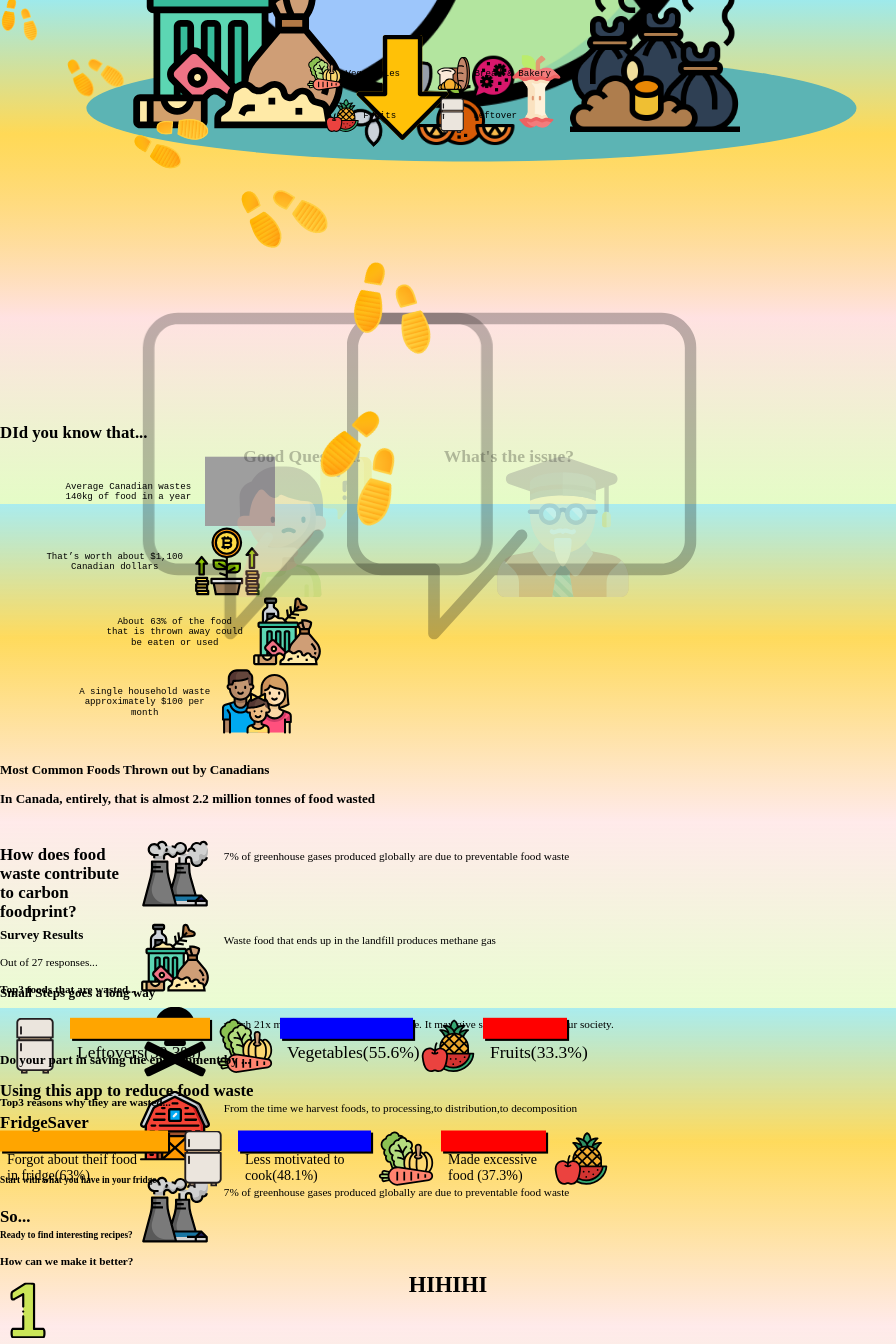
Repository: iorid3/Midterm
Page: index.html
An editor plug-in stored every save of this project. The page is shown before and after the next save, followed by the edit.
The browser window is 1280 px wide. The pictures show the part of the page from y = 0 to 1920 px (the page is 3056 px tall before and 2514 px after), at 70% of full size.
Pictures or frames that could not be fetched are drawn as grey boxes.

Above is the page before, as saved 2021-03-09 11:29:40.

### index.html
<!DOCTYPE html>
<html>
    <head>
       <title>Mid term</title>
        <link href= "./index.css"  rel ="stylesheet" type = "text/css" >
    </head>
<body>
   <div id = "main">

        <div class = "section1">
            <div><h1> How Food Waste Impacts Our World</h1></div>
            <div><img src ="./Images/earth crying.svg"/></div>
            <div class = "comp1"></div>
            <div class = "comp2"></div>
            <div class = "comp5"></div>
        </div>

        <div class = "section2">
            <div><h2>DId you know that...</h2></div>
            <div class ="comp3_1"></div>
            <div class ="comp3_2"></div>
            <div class ="comp3_3"></div>
            <div class ="comp3_4"></div>
            <div class = "comp1"></div>

            <div class = "flag"><img src = ""></div>
            <div><h3>Most Common Foods Thrown out by Canadians</h3></div>
               <div class = "container1">
                    <div class ="comp4_1"></div>
                    <div class ="comp4_2"></div>
                    <div class ="comp4_3"></div>
                    <div class ="comp4_4"></div>
                </div>

            <div class = "comp5"></div>
            <div><h3>In Canada, entirely, that is almost 2.2 million tonnes of food wasted</h3></div>
            <div><img src = ""></div>
        </div>

        <div class = "section3">
            <div><h2>How does food waste contribute to carbon foodprint?</h2></div>
            <div><img src = ""></div>

            <div class = "comp6"></div>
            <div class = "comp6"></div>
            <div class = "comp6"></div>
            <div class = "comp6"></div>

                <div class = "container2">
                    <div><img src = ""></div>
                    <div><img src = ""></div>
                    <div><img src = ""></div>
                </div>

            <div class = "comp6"></div>


        </div>


        <div class = "section4">
            <div class = "container3">
               <div><img src = ""></div>
               <div><h3>Survey Results</h3></div>
               <div>Out of 27 responses...</div>
            </div>


            <div class ="comp2"></div>
            <div><h4>Top3 foods that are wasted...</h4></div>
            <div class = "container4">
                <div class = "comp7"></div>
                <div class = "comp7"></div>
                <div class = "comp7"></div>
            </div>

            <div><h4>Top3 reasons why they are wasted...</h4></div>
            <div class = "container5">
                <div class = "comp8"></div>
                <div class = "comp8"></div>
                <div class = "comp8"></div>
            </div>



            <div><h2>So...</h2></div>

            <div><h4>How can we make it better?</h4></div>
            <div class = "container6">
                <div class ="comp9"></div>
                <div class ="comp9"></div>
                <div class ="comp9"></div>
                <div class ="comp9"></div>
            </div>
        </div>

        <div class = "section5">

            <div><h3>Small Steps goes a long way</h3></div>
            <div class = "comp10"></div>
            <div class = "comp10"></div>
            <div class = "comp10"></div>
            <div class = "comp10"></div>
            <div class = "comp10"></div>
            <div class = "comp10"></div>

            <div><img src = ""></div>
            <div><img src = ""></div>

            <div class = "comp5"></div>
            <div><h3>Do your part in saving the environment by ...</h3></div>
            <div><h2>Using this app to reduce food waste</h2></div>
            <div><h2>FridgeSaver</h2></div>
            <div><img src =""></div>
            <div class = "comp5"></div>
            <div><h5>Start with what you have in your fridge</h5></div>

            <div><img src =""></div>
            <div><h5>Ready to find interesting recipes?</h5></div>



        </div>

    <h1>HIHIHI</h1>



       <!-- <div class = "col left">
           <div class = "row top">
               <div class = "shake"></div>
           </div>
           <div class = "row mid">
               <div class = "rank1"></div>
               <div class = "rank2"></div>
           </div> -->
    </div>

<script src = ./Comps/comp1/index.js></script>
<script src = ./Comps/comp2/index.js></script>
<script src = ./Comps/comp3/index.js></script>
<script src = ./Comps/comp4/index.js></script>
<script src = ./Comps/comp5/index.js></script>
<script src = ./Comps/comp6/index.js></script>
<script src = ./Comps/comp7/index.js></script>
<script src = ./Comps/comp8/index.js></script>
<script src = ./Comps/comp9/index.js></script>
<script src = ./Comps/comp10/index.js></script>

<script src = ./index.js></script>
</body>
</html>

### index.css
html,body{
    margin:0;
    background: linear-gradient(180deg, rgba(156, 233, 235, 0.86) 0%, rgba(255, 217, 86, 0.96) 26.56%, rgba(255, 220, 220, 0.6) 63.02%, rgba(227, 252, 195, 0.76) 100%);
    mix-blend-mode: normal;
}
#main{
    width:100vw;
    height:100vh;
    display:flex;
    flex-direction: column;
    align-items: center;
    justify-content: center;
}

.section1{
  width:100%;
}


.section2{
    width:100%;

}

.section3{
    display:flex;
    width:100%;
    height:100px;
}

.section4{

    display:flex;
    flex-direction: column;
    width:100%;
    height:100px;
}


.section5{
    width:100%

}

### Comps/comp1/index.js
function Comp1UI(url="Images/confusion.png", size ="10px", font= "Poppins", text="text"){
    return `<div style='
            width: 100vw;
            height: 30vh;
            display: inline-flex;
            justify-content: center;
            align-items: center;
            transition: opacity 1s;
            opacity: 0.25;
            position:absolute;
        '
        onclick='Comp1UI.HandleClick(this)'
        >

        <img style='
            display: inline-flex;
            width: 200px;
            position: relative;
            left: 140px;
            top: 60px;
        'src="${url}" />

        <div>
            <img style='
                display: inline-flex;
                position: relative;
                width: 500px;
                left: 100px;
                bottom: 10px;
            'src="Images/chat.svg" />

            <div style='
                display: inline-flex;
                position: relative;
                bottom: 280px;
                right: 265px;
                font-size: ${size};
                font-weight: bold;
                font-family: ${font};
            '> ${text}</div>
        </div>
    </div>`
}

Comp1UI.HandleClick = (el) => {
    el.style.opacity = 1;
}

### Comps/comp2/index.js
function Comp2UI(url="Images/confusion.png", size ="10px", font= "Poppins", text="text"){
    return `<div style='
        width: 100vw;
        height: 30vh;
        display: inline-flex;
        justify-content: center;
        align-items: center;
        transition: opacity 1s;
        opacity: 0.25;
        position:absolute;
    '
    onclick='Comp1UI.HandleClick(this)'
    >

        <img style='
            display: inline-flex;
            width: 200px;
            position: relative;
            left: 500px;
            top:60px;
        ' src="${url}"/>

        <div>
            <img style='
                display: inline-flex;
                position: relative;
                width: 500px;
                right: 200px;
                bottom: 10px;
                transform: rotateY(180deg)
            ' src="Images/chat2.svg" />

            <div style='
                display: inline-flex;
                position: relative;
                bottom: 280px;
                right: 560px;
                font-size: ${size};
                font-weight: bold;
                font-family: ${font};
            ' >${text}</div>
        </div>
    </div>`
}

Comp2UI.HandleClick = (el) => {
    el.style.opacity = 1;
}

### Comps/comp3/index.js
function Comp3UI(Text='Average Canadian wastes 140kg of food in a year', url='https://placekitten.com/400/400') {
    return `
        <div style='
            display: inline-flex;
            align-items: center;
            justify-content: center;

            transition-property: transform;
            transition-duration: 1s;
            transition-timing-function: ease-in-out;
            transition-delay: 1s;

        '>
            <div style='
                flex-basis: 200px;
                text-align: center;
                padding-right: 10px;
                font-family: monospace;


            '
            >${Text}</div>

            <div style='
                width: 100px;
                height: 100px;
            '
            // onclick='Comp3UI.HandleClick(this)'
            >
                <img  style='
                    width: 100%;
                    height: 100%;
                    object-fit: cover;
                '
                src='${url}' />
        </div>
    `
}

// Comp3UI.HandleClick = (el) => {
//     el.style.top = "110%";
// }


// export const Comp3 = Comp3UI();

### Comps/comp4/index.js
function Comp4UI(url='https://placekitten.com/300/300',text='Bread & Bakery',x='0',y='0') {
    return `
        <div style='
            display: flex;
            flex-direction: row;
            align-item: center;
            justify-content: center;
            width: 250px;
            height: 50px;
            margin: 10px;
            position: absolute;
            top: ${x}px;
            left: ${y}px;

            animation-name: bouncing;
            animation-duration: 1.5s;
            animation-direction: alternate;
            animation-iteration-count: infinite;
            animation-delay: 2s;



        '
        >
            <div style='
                width: 50px;
                height: 50px;
            '>
                <img style='
                    width: 100%;
                    height: 100%;
                    object-fit: cover;
                '
                src='${url}' />
            </div>
            <div style='
            font-family: monospace;
            text-align: center;
            padding-top: 18px;
            padding-left: 5px;
            '
            >${text}</div>
        </div>
    `
}




// export const Comp4 = Comp4UI();

### Comps/comp5/index.js
function Comp5UI(x='0', y='0', url='https://placekitten.com/300/300') {
    return `
        <div style='
            width: 150px;
            height: 150px;
            position: absolute;
            top: ${x}px;
            left: ${y}px;

        '
        >
            <img style='
                width: 100%;
                height: 100%;
                object-fit: cover;

                animation-name: bounce;
                animation-duration: 1s;
                animation-direction: alternate;
                animation-iteration-count: infinite;

            '
            src='${url}' />


        </div>

    `
}

// export const Comp5 = Comp5UI();

### Comps/comp6/index.js
function Carboncomp(text =" 7% of greenhouse gases produced globally are due to preventable food waste", url= "images/factory.svg"){
    return `<div style = "
                          display:inline-flex;
                          ">
                         <div style = "display:flex;
                         padding:10px;">
                         <img style ="
                          width:100px;
                          height:100px;
                         " src  = "${url}"></div>
                         <div style ="
                         display:flex;
                         padding:10px;"><p>${text}</p></div>

            </div>`

}

### Comps/comp7/index.js
function Graphcomp(url ="images/vegetable.svg",text ="Leftovers(59.3%)",color ="pink",width ="200px" ){
    return `<div style = "
                          display:inline-flex;
                          align-items:flex-start;
                          justify-content:flex-start;
                          ">
                            <div style = "display:flex;
                            padding:10px;
                            width:80px;
                            height:80px;
                            ">
                            <img src  = "${url}"></div>
                            <div class = "graph"
                            style ="
                            width:${width};
                            height:30px;
                            margin-top:10px;
                            background-color:${color};
                            box-shadow: 3px 3px ;
                            transition:background-color,1s,box-shadow, 1s;"
                            onmouseover = "Graphcomp.HandleMouseover(this)">
                            <div style ="
                            display:flex;
                            padding:10px;
                            font-size:25px;"><p>${text}</p></div>
                            </div>



            </div>`


}

Graphcomp.HandleMouseover = (el)=>{
   el.style.boxShadow = "8px 8px";
//    el.style.width = "400px";
 }

### Comps/comp8/index.js
function Graphcomp2(url ="images/vegetable.svg",text ="Leftovers(59.3%)",color ="pink",width ="200px" ){
    return `<div style = "
                          display:inline-flex;
                          flex-direction:row;
                          justify-content:center;
                          ">
                            <div class = "graph"
                            style ="
                            display:flex;
                            width:${width};
                            height:30px;
                            margin-top:10px;
                            background-color:${color};
                            box-shadow: 3px 3px ;
                            transition:background-color,1s,box-shadow, 1s;"
                            onmouseover = "Graphcomp2.HandleMouseover(this)">
                            <div style ="
                            display:flex;
                            width:200px;
                            padding:10px;
                            font-size:20px;"><p>${text}</p></div>
                            </div>
                            <div style = "display:flex;
                            padding:10px;
                            width:80px;
                            height:80px;
                            ">
                            <img src  = "${url}"></div>




            </div>`


}

Graphcomp2.HandleMouseover = (el)=>{
//    el.style.backgroundColor  = "blue";
   el.style.boxShadow = "8px 8px";
//    el.style.width = "400px";
 }

### Comps/comp9/index.js
function Comp9UI(url="Images/1.svg", text="4 Ways to Make it Better") {
    return `
        <img style='
            width: 80px;
            height: 80px;
            transition: width 0.2s;
            transition-timing-function: ease-in-out;
            display: flex;
        justify-content: center;
        align-items: center;
        flex-wrap: wrap;
        '

        onmouseover='Comp9UI.HandleImageHover(this)'
        onmouseout='Comp9UI.HandleImageHoverOut(this)'

        src="${url}"/>

        <div style='
            width: 180px;
            height: 180px;
            margin: 10px;
            padding: 10px;
            background-color: rgba(255, 255, 255, 0.6);
            border: 3px solid rgba(0, 0, 0, 0.5);
            border-radius: 50%;
            display: flex;
            justify-content: center;
            align-items: center;
            font-size: 1.1em;
            line-height: 1.2em;
            text-align: center;
            transition: width 0.2s;
            transition-timing-function: ease-in-out;
        '
            onmouseover='Comp9UI.HandleHover(this)'
            onmouseout='Comp9UI.HandleHoverOut(this)'

        >${text}</div>

    `
}

Comp9UI.HandleImageHover = (el) => {
    el.style.width = "120px";
    el.style.height = "120px";
}

Comp9UI.HandleImageHoverOut = (el) => {
    el.style.width = "80px";
    el.style.height = "80px";
}

Comp9UI.HandleHover = (el) => {
    el.style.color = "#2E8B57";
    // el.style.width = "210px";
    // el.style.height = "210px";
    // el.style.fontSize = "1.4em";
}

Comp9UI.HandleHoverOut = (el) => {
    el.style.color = "#000000";
    // el.style.width = "180px";
    // el.style.height = "180px";
    // el.style.fontSize = "1.1em";
}
// export const comp9 = Comp9UI();

### Comps/comp10/index.js
function Comp10UI(w="55px", tdeg="120deg", top="0px", left="0px", anidelay="1s") {
    return `
    <img style='
        width: ${w};
        transform: rotate(${tdeg});
        position: absolute;
        top: ${top};
        left: ${left};

        animation-name: footsteps;
        animation-duration: 4s;
        animation-delay: ${anidelay};
        animation-iteration-count: infinite;

    'src="Images/footstep.png"/>

    `
}

// export const comp10 = Comp10UI();

### index.js
document.querySelector(".comp1").innerHTML += Comp1UI("./images/question.svg","25px", "Poppins", "What's the issue?");
document.querySelector(".comp2").innerHTML += Comp2UI("./images/professor.svg", "25px", "Poppins", "Good Question!");

//add claudia's componenets

document.querySelector(".comp3_1").innerHTML += Comp3UI('Average Canadian wastes 140kg of food in a year', 'Images/crowd.svg')
document.querySelector(".comp3_2").innerHTML += Comp3UI('That’s worth about $1,100 Canadian dollars', 'Images/plant.svg')
document.querySelector(".comp3_3").innerHTML += Comp3UI('About 63% of the food that is thrown away could be eaten or used', 'Images/garbage.svg')
document.querySelector(".comp3_4").innerHTML += Comp3UI('A single household waste approximately $100 per month', 'Images/family.svg')

document.querySelector(".comp4_1").innerHTML += Comp4UI('Images/vegetable.svg', 'Vegetables',70,370)
document.querySelector(".comp4_2").innerHTML += Comp4UI('Images/bread.svg', 'Bread & Bakery',70,570)
document.querySelector(".comp4_3").innerHTML += Comp4UI('Images/fruits.svg', 'Fruits',130,380)
document.querySelector(".comp4_4").innerHTML += Comp4UI('Images/fridge.svg', 'Leftover',130,545)

document.querySelector(".comp5").innerHTML += Comp5UI(50,500,'Images/down-arrow.svg')


document.querySelector(".comp9").innerHTML += Comp9UI("Images/1.svg", "Have a smaller shopping list and increase the frequency of your grocery shopping trips");
document.querySelector(".comp9").innerHTML += Comp9UI("Images/2.svg", "Consume your leftover food first");
document.querySelector(".comp9").innerHTML += Comp9UI("Images/3.svg", "Make foods that can be preserved longer such as jam, sauces, and pickled food");
document.querySelector(".comp9").innerHTML += Comp9UI("Images/4.svg", "Be mindful of saving the environment by reducing food waste");

document.querySelector(".comp10").innerHTML += Comp10UI("60px", "120deg", "0px", "0px", "1s");
document.querySelector(".comp10").innerHTML += Comp10UI("75px", "80deg", "70px", "100px", "1.5s");
document.querySelector(".comp10").innerHTML += Comp10UI("95px", "50deg", "150px", "200px", "2s");
document.querySelector(".comp10").innerHTML += Comp10UI("115px", "80deg", "250px", "350px", "2.5s");
document.querySelector(".comp10").innerHTML += Comp10UI("130px", "120deg", "380px", "500px", "3s");
document.querySelector(".comp10").innerHTML += Comp10UI("145px", "150deg", "600px", "450px", "3.5s");

document.querySelector(".comp6").innerHTML +=  Carboncomp();
document.querySelector(".comp6").innerHTML +=  Carboncomp(text = "Waste food that ends up in the landfill produces methane gas",url= "images/garbage.svg");
document.querySelector(".comp6").innerHTML +=  Carboncomp(text ="which 21x more potent than carbon dioxide. It may give serious damage to our society. ",url ="images/skull.svg" );
document.querySelector(".comp6").innerHTML +=  Carboncomp(text = "From the time we harvest foods, to processing,to distribution,to decomposition", url ="images/barn.svg");
document.querySelector(".comp6").innerHTML +=  Carboncomp();
document.querySelector(".comp7").innerHTML +=  Graphcomp("Images/fridge.svg",text ="Leftovers(59.3%)",color ="orange",width ="200px");
document.querySelector(".comp7").innerHTML +=  Graphcomp("Images/vegetable.svg",text ="Vegetables(55.6%)",color ="blue",width ="190px");
document.querySelector(".comp7").innerHTML +=  Graphcomp("Images/fruits.svg",text ="Fruits(33.3%)",color ="red",width ="120px");
document.querySelector(".comp8").innerHTML +=  Graphcomp2("Images/fridge.svg",text ="Forgot about theif food in fridge(63%)",color ="orange",width ="240px");
document.querySelector(".comp8").innerHTML +=  Graphcomp2("Images/vegetable.svg",text ="Less motivated to cook(48.1%)",color ="blue",width ="190px");
document.querySelector(".comp8").innerHTML +=  Graphcomp2("Images/fruits.svg",text ="Made excessive food (37.3%)",color ="red",width ="150px");

After the next save:
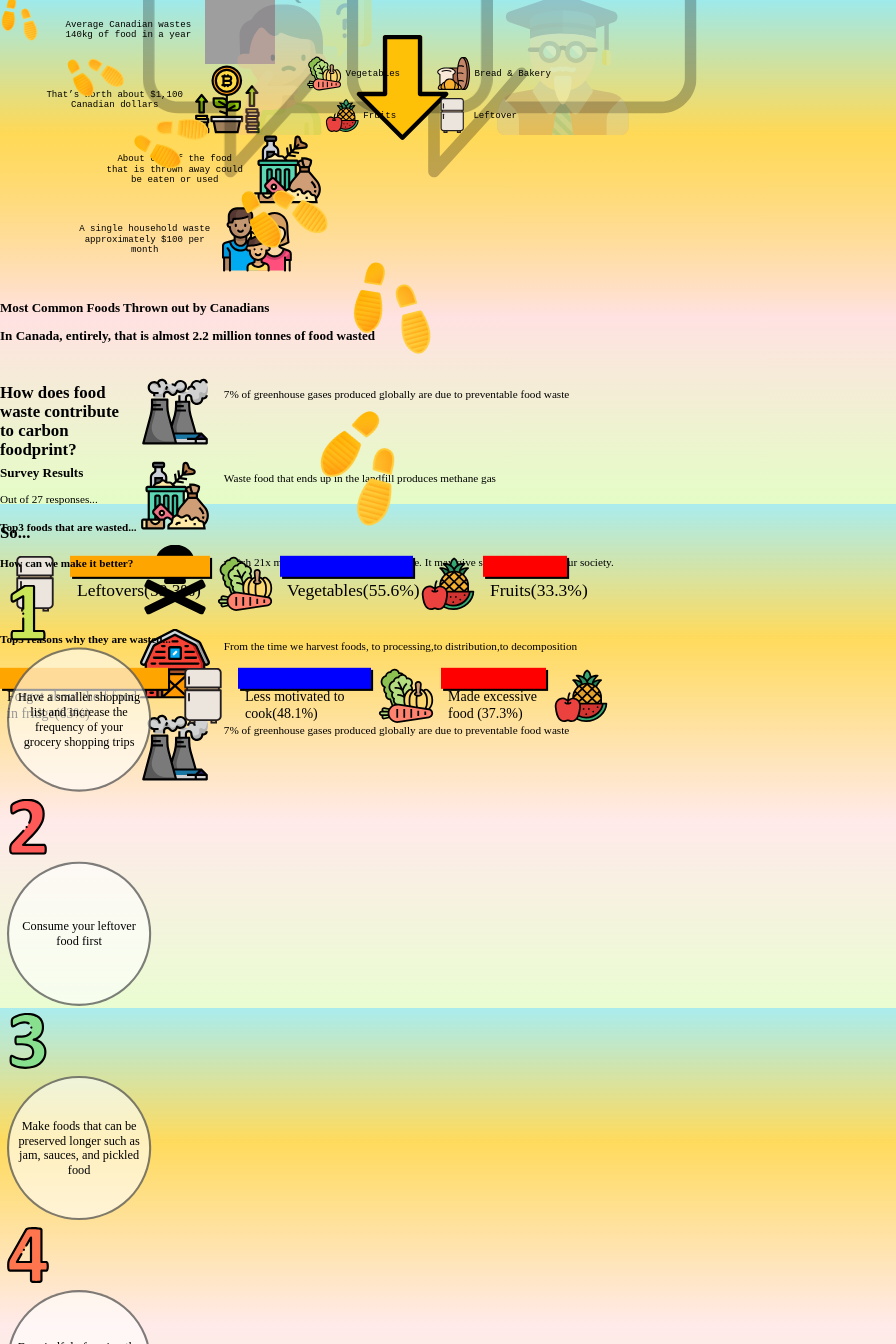
Saved 4 min 7 s later.
--- a/index.html
+++ b/index.html
@@ -83,6 +83,11 @@
 
 
 
+
+        </div>
+
+        <div class = "section5">
+
             <div><h2>So...</h2></div>
 
             <div><h4>How can we make it better?</h4></div>
@@ -92,9 +97,6 @@
                 <div class ="comp9"></div>
                 <div class ="comp9"></div>
             </div>
-        </div>
-
-        <div class = "section5">
 
             <div><h3>Small Steps goes a long way</h3></div>
             <div class = "comp10"></div>
